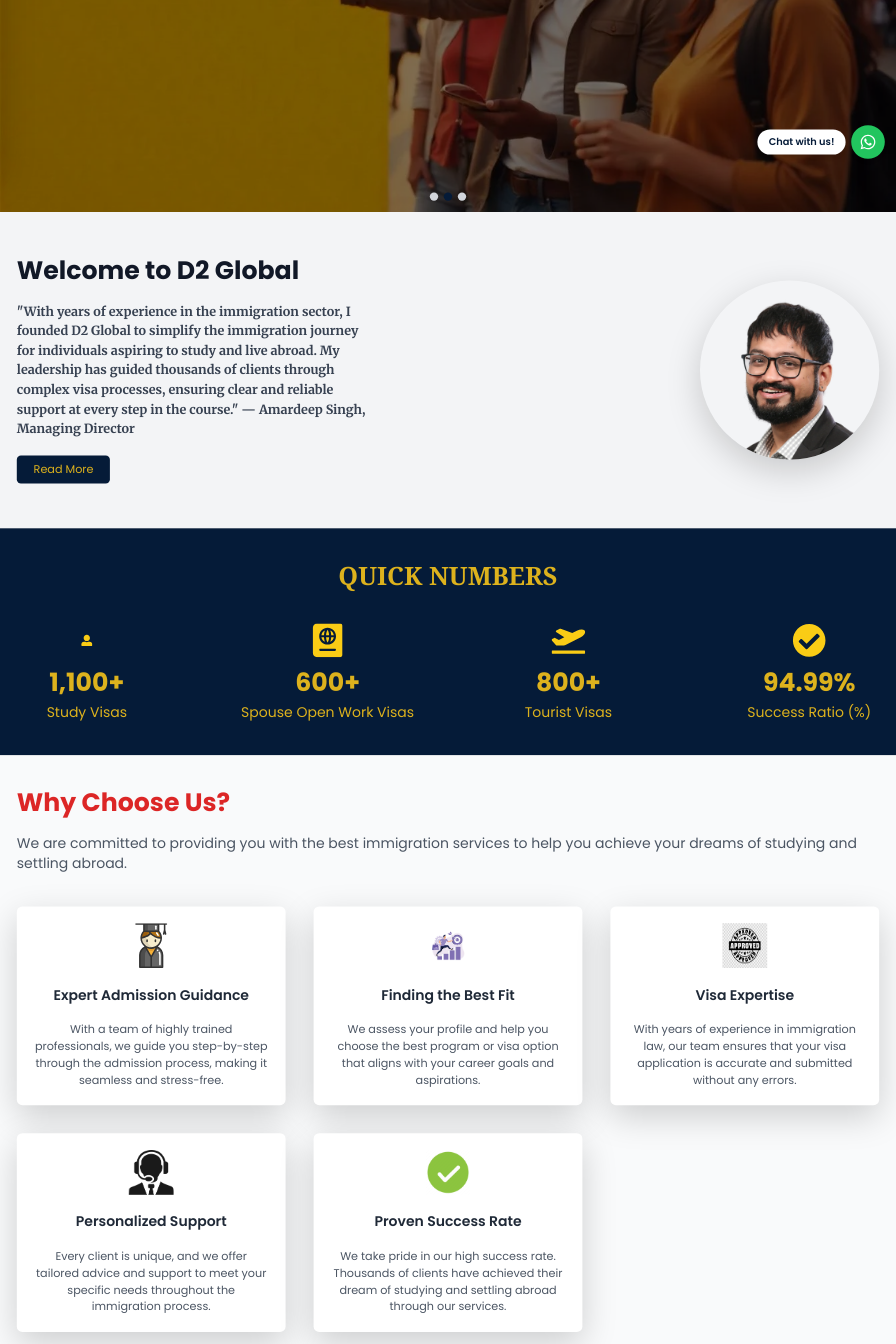
Repository: abhijeets54/d2globalbackup
Page: /
An editor plug-in stored every save of this project. The page is shown before and after the next save, followed by the edit.
The browser window is 1280 px wide. The pictures show the part of the page from y = 477 to 2397 px (the page is 5754 px tall), at 70% of full size.
Some web fonts or font styles are not loaded; a fallback is used. The project was rebuilt for these pictures with package versions that can differ from the ones it lists, and the page was loaded fresh each time. Also part of the build but not shown: vite.config.js, src/components/Logo.jsx, src/components/Button.jsx, src/components/PostCard.jsx, src/components/Input.jsx, src/components/WhatPeopleAreSaying.jsx, src/components/PassportServiceSlider.jsx, src/components/Register.jsx and 25 more.

Above is the page before, as saved 2024-10-22 13:58:41.

After the next save:
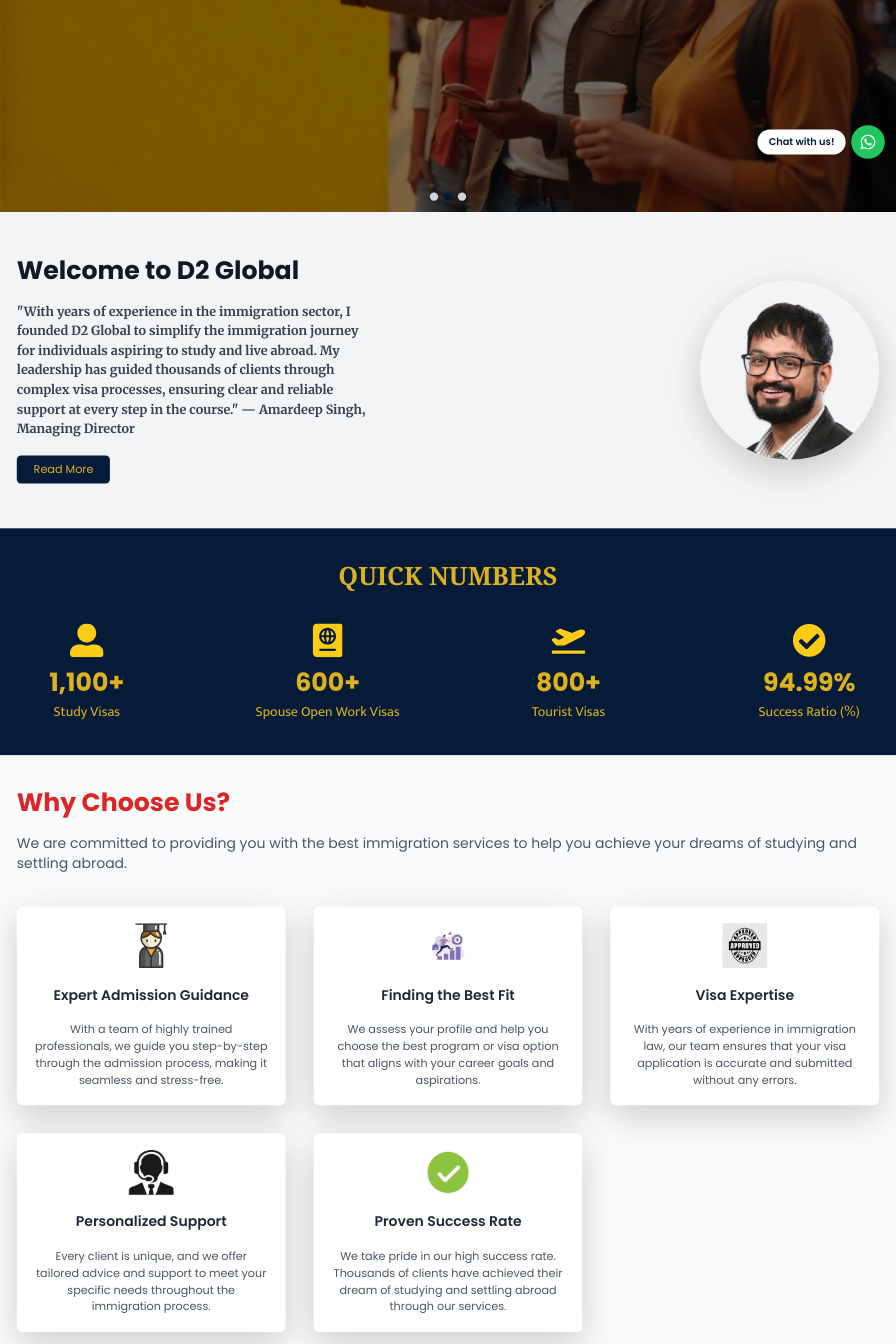
Saved 65 s later.
--- a/src/components/QuickNumbers.jsx
+++ b/src/components/QuickNumbers.jsx
@@ -5,7 +5,7 @@
 
 const data = [
   {
-    icon: <FaUserAlt className="h-12 w-12++ text-yellow-400 mb-2" />,
+    icon: <FaUserAlt className="h-12 w-12 text-yellow-400 mb-2" />,
     number: 1100,
     label: 'Study Visas'
   },
@@ -53,7 +53,7 @@
   }, []);
 
   return (
-    <div ref={quickNumbersRef} className="bg-customBlue  w-full">
+    <div ref={quickNumbersRef} className="bg-customBlue w-full">
       <h2 className="text-center text-2xl sm:text-4xl font-serif font-extrabold text-customYellow pt-5 mb-8">
         QUICK NUMBERS
       </h2>
@@ -64,7 +64,7 @@
           <div key={index} className="text-center text-customYellow flex flex-col items-center">
             <div className="quicknumber flex flex-col justify-center items-center">
               <div className="icon mb-2">{item.icon}</div>
-              <h3 className="text-2xl sm:text-4xl font-bold">
+              <h3 className="text-2xl sm:text-4xl font-bold font-poppins"> {/* Use custom font here */}
                 {showCounts && (
                   <CountUp
                     end={item.number}
@@ -74,7 +74,9 @@
                   />
                 )}
               </h3>
-              <p className="mt-2 text-base sm:text-xl">{item.label}</p>
+              <p className="mt-2 text-base sm:text-xl font-mukta"> {/* Use custom font here */}
+                {item.label}
+              </p>
             </div>
           </div>
         ))}
